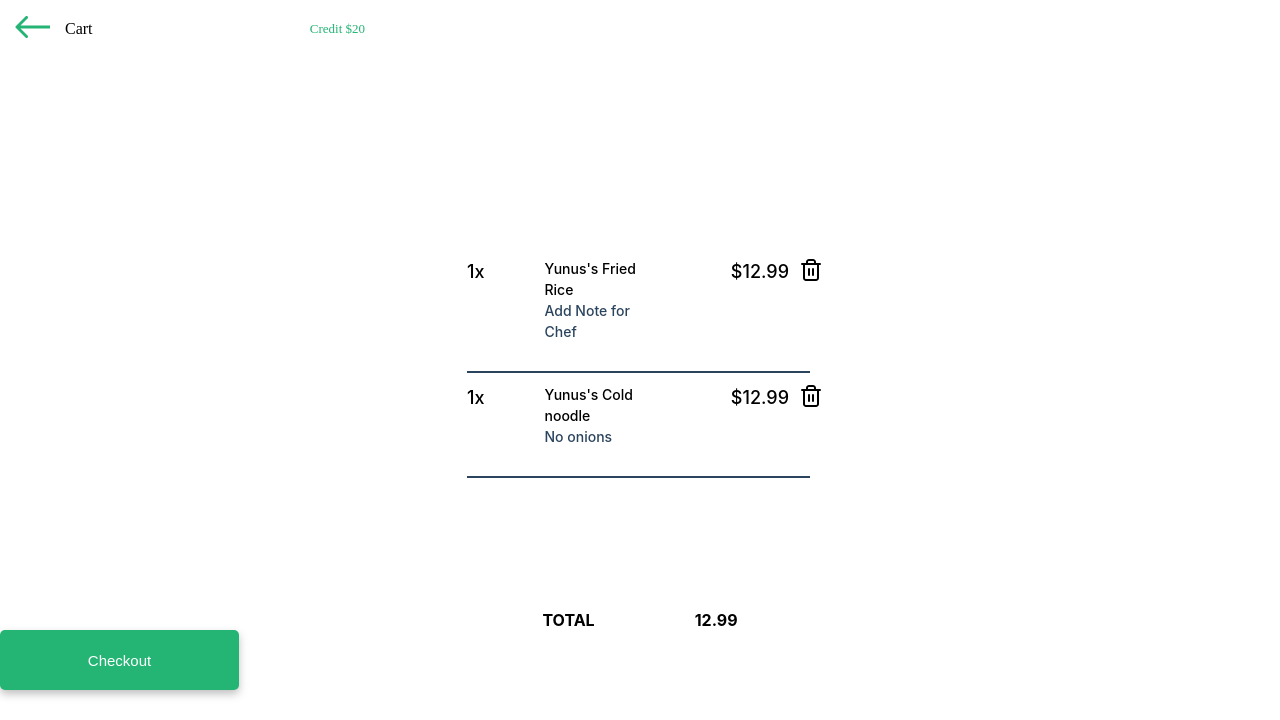
Repository: nguyenlejoe/HomeChef
Page: / (app in app/)
The author's editor kept a copy of each file at every save. The page is drawn from the files as they stood at one save, then again after the next save.
The browser window is 1280 px wide. The pictures show the whole page.
The project was rebuilt for these pictures with package versions that can differ from the ones it lists, and the page was loaded fresh each time.

Above is the page before, as saved 2020-11-06 22:13:15.

After the next save:
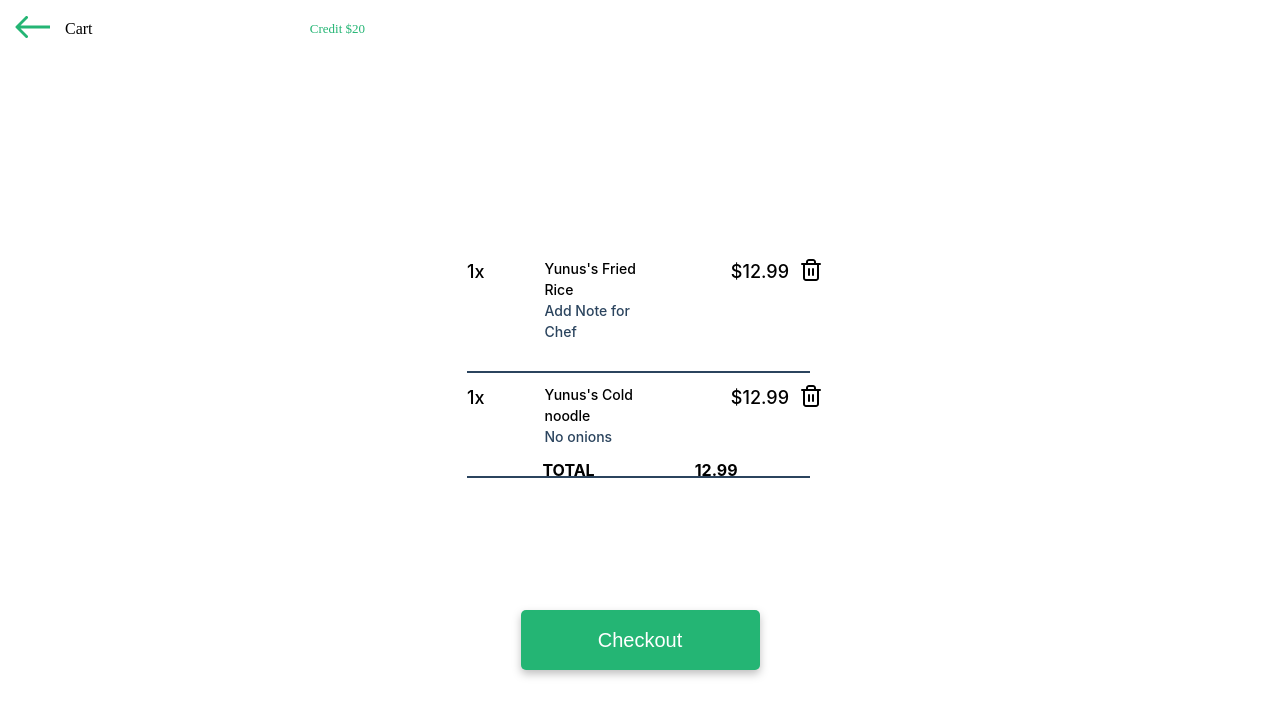
Saved 51 s later.
--- a/app/src/pages/Checkout.js
+++ b/app/src/pages/Checkout.js
@@ -14,13 +14,13 @@ export default function CheckoutPage() {
            <CheckoutItem></CheckoutItem>
            </div>
            <CheckoutItem Itemnm="Yunus's Cold noodle" Note="No onions"></CheckoutItem>
-       </div>
-        <div className="total">
-            <div className="TotalText">TOTAL</div>
-            <div className="PriceText">12.99</div>
-        </div>
-        <div className="button">
-            <Button text="Checkout"></Button>
+            <div className="total">
+                <div className="TotalText">TOTAL</div>
+                <div className="PriceText">12.99</div>
+            </div>
+            <div className="ButtonBox">
+                    <Button text="Checkout"></Button>
+            </div>
         </div>
     </div>
 }
